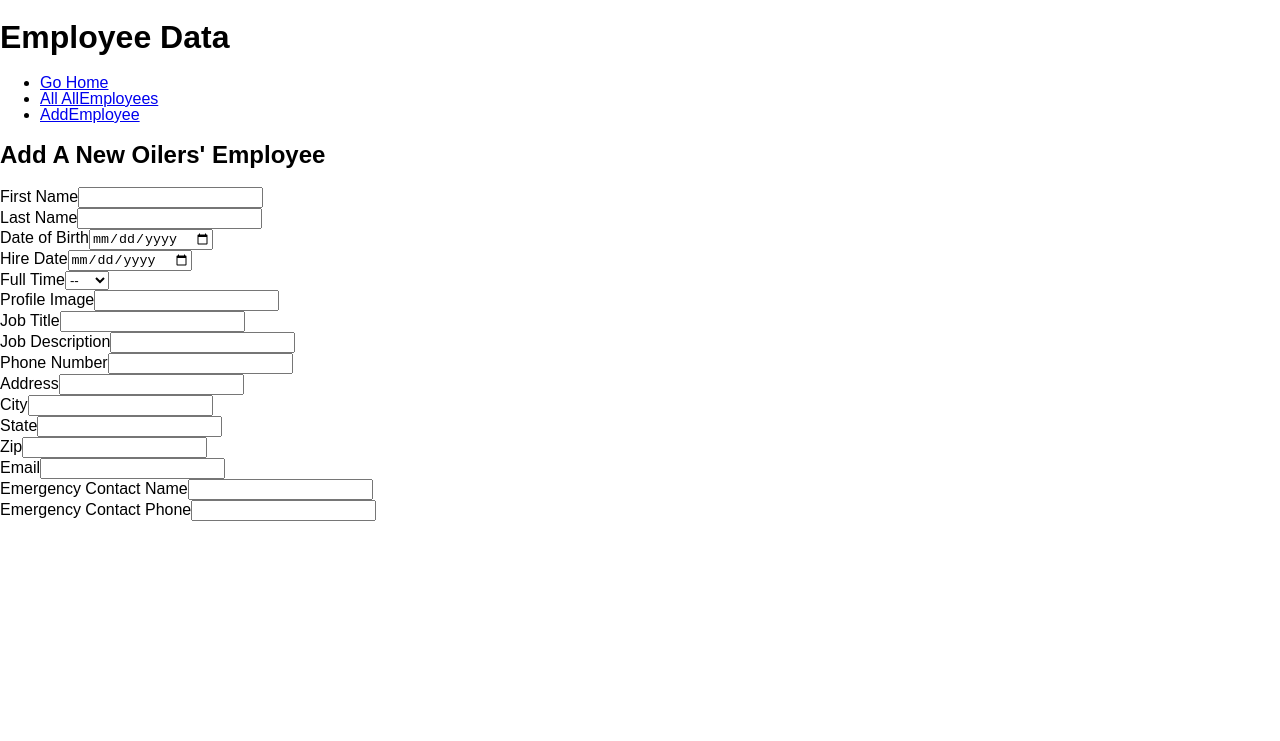
Repository: rh1456/employee-directory
Page: /2
These files come from the project's save history. The page is drawn as it stood at one moment and after the next save; the edit follows.
The browser window is 1280 px wide. The pictures show the whole page.
The project was rebuilt for these pictures with package versions that can differ from the ones it lists, and the page was loaded fresh each time. Also part of the build but not shown: src/components/HelloWorld.jsx, src/pages/HomePage.jsx, src/pages/NotFound.jsx, src/pages/AllEmployees.jsx.

Above is the page before, as saved 2019-12-07 15:30:17.

After the next save:
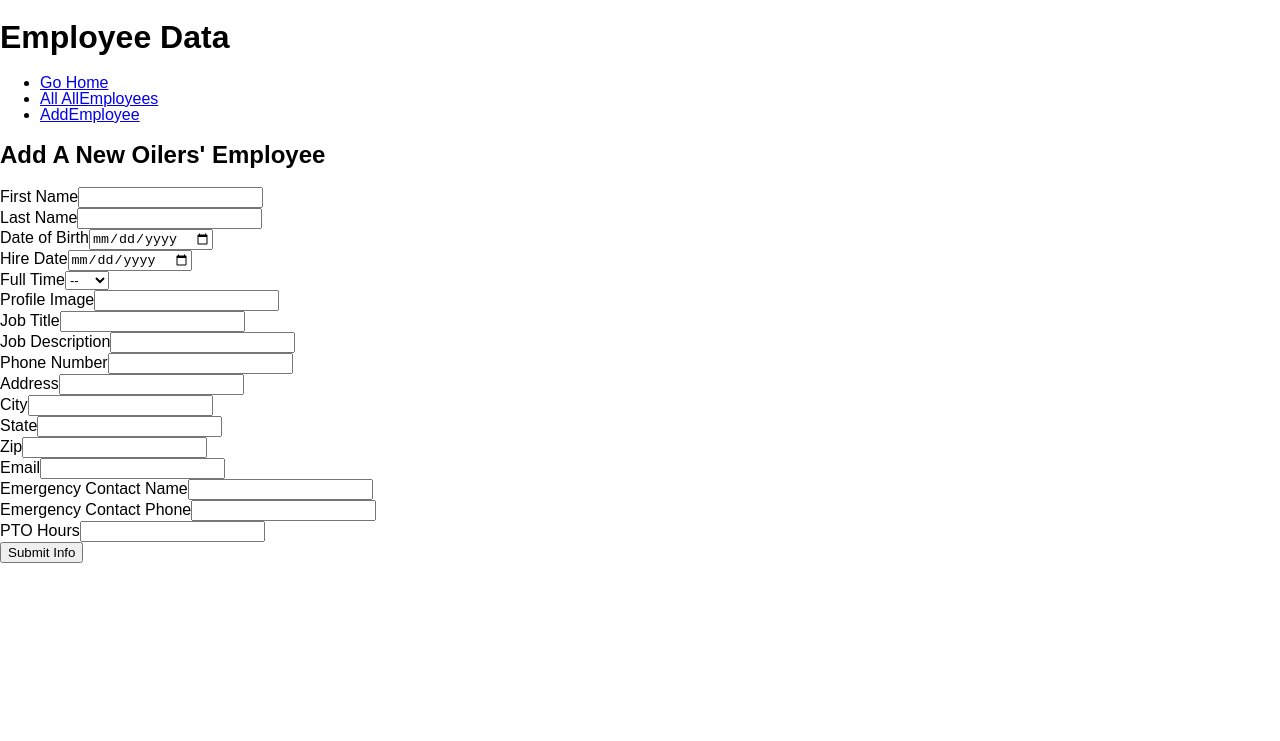
Saved 2 h 34 min later.
--- a/src/pages/AddEmployee.jsx
+++ b/src/pages/AddEmployee.jsx
@@ -228,6 +228,19 @@
                 value={emergencyContactPhone}
               />
             </section>
+            <section className="employeeLabel">
+              <label htmlFor="pto">PTO Hours</label>
+              <input
+                onChange={e => {
+                  setPtoHours(e.target.value)
+                }}
+                type="text"
+                value={ptoHours}
+              />
+            </section>
+            <section className="sumbit">
+              <button className="submit-button">Submit Info</button>
+            </section>
           </section>
         </form>
       </main>
